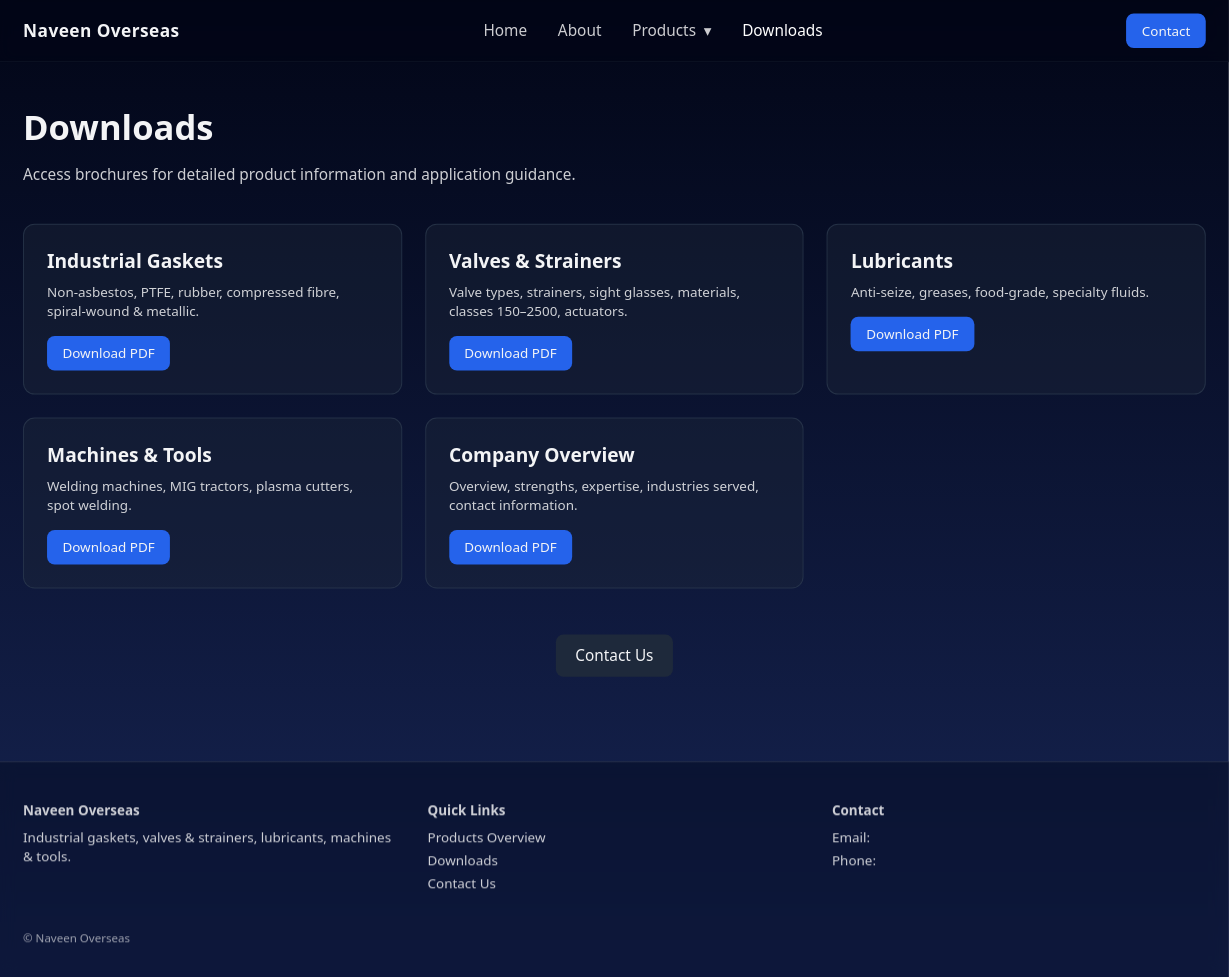
Repository: krish634-ai/overs
Page: /downloads
The author's editor kept a copy of each file at every save. The page is drawn from the files as they stood at one save, then again after the next save.
The browser window is 1280 px wide. The pictures show the whole page, at 96% of full size.
The project was rebuilt for these pictures with package versions that can differ from the ones it lists, and the page was loaded fresh each time. Also part of the build but not shown: vite.config.js, src/pages/Home.jsx, src/pages/About.jsx, src/pages/Products.jsx, src/pages/Gaskets.jsx, src/pages/Valves.jsx, src/pages/Lubricants.jsx, src/pages/MachinesTools.jsx and 1 more.

Above is the page before, as saved 2025-11-19 14:15:55.

### index.html
<!doctype html>
<html lang="en">
  <head>
    <meta charset="UTF-8" />
    <meta name="viewport" content="width=device-width, initial-scale=1.0" />
    <title>Naveen Overseas</title>
  </head>
  <body>
    <div id="root"></div>
    <script type="module" src="/src/main.jsx"></script>
  </body>
</html>

### src/main.jsx
import React from 'react'
import ReactDOM from 'react-dom/client'
import { BrowserRouter } from 'react-router-dom'
import App from './App.jsx'
import './styles.css'

ReactDOM.createRoot(document.getElementById('root')).render(
  <React.StrictMode>
    <BrowserRouter>
      <App />
    </BrowserRouter>
  </React.StrictMode>
)

### src/App.jsx
import { Routes, Route } from 'react-router-dom'
import Layout from './components/Layout.jsx'
import Home from './pages/Home.jsx'
import About from './pages/About.jsx'
import Products from './pages/Products.jsx'
import Gaskets from './pages/Gaskets.jsx'
import Valves from './pages/Valves.jsx'
import Lubricants from './pages/Lubricants.jsx'
import MachinesTools from './pages/MachinesTools.jsx'
import Contact from './pages/Contact.jsx'
import Downloads from './pages/Downloads.jsx'

export default function App() {
  return (
    <Layout>
      <Routes>
        <Route path="/" element={<Home />} />
        <Route path="/about" element={<About />} />
        <Route path="/products" element={<Products />} />
        <Route path="/gaskets" element={<Gaskets />} />
        <Route path="/valves" element={<Valves />} />
        <Route path="/lubricants" element={<Lubricants />} />
        <Route path="/machines-tools" element={<MachinesTools />} />
        <Route path="/contact" element={<Contact />} />
        <Route path="/downloads" element={<Downloads />} />
      </Routes>
    </Layout>
  )
}

### src/styles.css
@tailwind base;
@tailwind components;
@tailwind utilities;

html, body, #root {
  height: 100%;
}

### src/components/Layout.jsx
import Nav from './Nav.jsx'
import Footer from './Footer.jsx'

export default function Layout({ children }) {
  return (
    <div className="min-h-screen flex flex-col bg-gradient-to-b from-slate-950 to-blue-950 text-gray-100">
      <header className="sticky top-0 z-40 border-b border-slate-800/60 bg-slate-950/60 backdrop-blur">
        <Nav />
      </header>
      <main className="flex-1">{children}</main>
      <Footer />
    </div>
  )
}

### src/pages/Downloads.jsx
export default function Downloads() {
  return (
    <main className="container mx-auto px-6 py-12">
      <h1 className="text-3xl md:text-4xl font-bold">Downloads</h1>
      <p className="mt-4 text-white/80">Access brochures for detailed product information and application guidance.</p>
      <section className="mt-10 grid sm:grid-cols-2 lg:grid-cols-3 gap-6">
        <a href="/downloads/industrial-gaskets.pdf" className="block rounded-xl border border-slate-700/60 bg-slate-800/40 p-6 hover:bg-slate-800/60">
          <h2 className="text-xl font-semibold">Industrial Gaskets</h2>
          <p className="mt-2 text-sm text-white/80">Non-asbestos, PTFE, rubber, compressed fibre, spiral-wound &amp; metallic.</p>
          <span className="mt-4 inline-flex rounded-lg bg-blue-600 px-4 py-2 text-sm font-medium">Download PDF</span>
        </a>
        <a href="/downloads/valves-strainers.pdf" className="block rounded-xl border border-slate-700/60 bg-slate-800/40 p-6 hover:bg-slate-800/60">
          <h2 className="text-xl font-semibold">Valves &amp; Strainers</h2>
          <p className="mt-2 text-sm text-white/80">Valve types, strainers, sight glasses, materials, classes 150–2500, actuators.</p>
          <span className="mt-4 inline-flex rounded-lg bg-blue-600 px-4 py-2 text-sm font-medium">Download PDF</span>
        </a>
        <a href="/downloads/lubricants.pdf" className="block rounded-xl border border-slate-700/60 bg-slate-800/40 p-6 hover:bg-slate-800/60">
          <h2 className="text-xl font-semibold">Lubricants</h2>
          <p className="mt-2 text-sm text-white/80">Anti-seize, greases, food-grade, specialty fluids.</p>
          <span className="mt-4 inline-flex rounded-lg bg-blue-600 px-4 py-2 text-sm font-medium">Download PDF</span>
        </a>
        <a href="/downloads/machines-tools.pdf" className="block rounded-xl border border-slate-700/60 bg-slate-800/40 p-6 hover:bg-slate-800/60">
          <h2 className="text-xl font-semibold">Machines &amp; Tools</h2>
          <p className="mt-2 text-sm text-white/80">Welding machines, MIG tractors, plasma cutters, spot welding.</p>
          <span className="mt-4 inline-flex rounded-lg bg-blue-600 px-4 py-2 text-sm font-medium">Download PDF</span>
        </a>
        <a href="/downloads/company-overview.pdf" className="block rounded-xl border border-slate-700/60 bg-slate-800/40 p-6 hover:bg-slate-800/60">
          <h2 className="text-xl font-semibold">Company Overview</h2>
          <p className="mt-2 text-sm text-white/80">Overview, strengths, expertise, industries served, contact information.</p>
          <span className="mt-4 inline-flex rounded-lg bg-blue-600 px-4 py-2 text-sm font-medium">Download PDF</span>
        </a>
      </section>
      <section className="mt-12 text-center">
        <a href="/contact" className="inline-flex items-center rounded-lg bg-slate-800 px-5 py-2.5 font-medium hover:bg-slate-700">Contact Us</a>
      </section>
    </main>
  )
}

### src/components/Nav.jsx
import { useState } from 'react'
import { NavLink, Link } from 'react-router-dom'

export default function Nav() {
  const [openProducts, setOpenProducts] = useState(false)
  const [mobileOpen, setMobileOpen] = useState(false)

  const linkClass = ({ isActive }) =>
    `transition-colors hover:text-white ${isActive ? 'text-white' : 'text-white/80'}`

  return (
    <div className="container mx-auto px-6">
      <div className="flex h-16 items-center justify-between">
        <NavLink to="/" className="text-lg font-semibold tracking-wide">Naveen Overseas</NavLink>
        <div className="hidden md:flex items-center gap-8">
          <NavLink to="/" className={linkClass}>Home</NavLink>
          <NavLink to="/about" className={linkClass}>About</NavLink>
          <div className="relative">
            <button className="text-white/80 hover:text-white transition-colors inline-flex items-center gap-2" onClick={() => setOpenProducts(v => !v)}>
              Products
              <span className={`transition-transform ${openProducts ? 'rotate-180' : 'rotate-0'}`}>▾</span>
            </button>
            {openProducts && (
              <div className="absolute left-0 mt-3 w-[560px] rounded-xl bg-slate-900/90 backdrop-blur ring-1 ring-white/10 shadow-soft p-6 grid grid-cols-2 gap-4">
                <Link to="/products" className="col-span-2 rounded-lg bg-slate-800/40 ring-1 ring-white/10 px-4 py-3 hover:bg-slate-800/60">Overview</Link>
                <Link to="/gaskets" className="rounded-lg bg-slate-800/40 ring-1 ring-white/10 px-4 py-3 hover:bg-slate-800/60">Gaskets</Link>
                <Link to="/valves" className="rounded-lg bg-slate-800/40 ring-1 ring-white/10 px-4 py-3 hover:bg-slate-800/60">Valves &amp; Strainers</Link>
                <Link to="/lubricants" className="rounded-lg bg-slate-800/40 ring-1 ring-white/10 px-4 py-3 hover:bg-slate-800/60">Lubricants</Link>
                <Link to="/machines-tools" className="rounded-lg bg-slate-800/40 ring-1 ring-white/10 px-4 py-3 hover:bg-slate-800/60">Machines &amp; Tools</Link>
              </div>
            )}
          </div>
          <NavLink to="/downloads" className={linkClass}>Downloads</NavLink>
        </div>
        <div className="hidden md:flex items-center gap-3">
          <NavLink to="/contact" className="inline-flex items-center rounded-lg bg-brand px-4 py-2 text-sm font-medium hover:bg-brand-dark">Contact</NavLink>
        </div>
        <button className="md:hidden inline-flex items-center rounded-lg bg-slate-800 px-3 py-2" onClick={() => setMobileOpen(true)}>Menu</button>
      </div>

      {mobileOpen && (
        <div className="fixed inset-0 z-50 bg-slate-950/80 backdrop-blur">
          <div className="absolute inset-x-0 top-0 bg-slate-900/90 p-6 border-b border-white/10">
            <div className="flex items-center justify-between">
              <Link to="/" className="text-lg font-semibold">Naveen Overseas</Link>
              <button className="inline-flex items-center rounded-lg bg-slate-800 px-3 py-2" onClick={() => setMobileOpen(false)}>Close</button>
            </div>
            <div className="mt-6 grid gap-3 text-sm">
              <NavLink to="/" className="rounded-lg bg-slate-800/40 px-4 py-3" onClick={() => setMobileOpen(false)}>Home</NavLink>
              <NavLink to="/about" className="rounded-lg bg-slate-800/40 px-4 py-3" onClick={() => setMobileOpen(false)}>About</NavLink>
              <NavLink to="/products" className="rounded-lg bg-slate-800/40 px-4 py-3" onClick={() => setMobileOpen(false)}>Products Overview</NavLink>
              <NavLink to="/gaskets" className="rounded-lg bg-slate-800/40 px-4 py-3" onClick={() => setMobileOpen(false)}>Gaskets</NavLink>
              <NavLink to="/valves" className="rounded-lg bg-slate-800/40 px-4 py-3" onClick={() => setMobileOpen(false)}>Valves &amp; Strainers</NavLink>
              <NavLink to="/lubricants" className="rounded-lg bg-slate-800/40 px-4 py-3" onClick={() => setMobileOpen(false)}>Lubricants</NavLink>
              <NavLink to="/machines-tools" className="rounded-lg bg-slate-800/40 px-4 py-3" onClick={() => setMobileOpen(false)}>Machines &amp; Tools</NavLink>
              <NavLink to="/downloads" className="rounded-lg bg-slate-800/40 px-4 py-3" onClick={() => setMobileOpen(false)}>Downloads</NavLink>
              <NavLink to="/contact" className="rounded-lg bg-brand px-4 py-3 text-center" onClick={() => setMobileOpen(false)}>Contact</NavLink>
            </div>
          </div>
        </div>
      )}
    </div>
  )
}

### src/components/Footer.jsx
export default function Footer() {
  return (
    <footer className="mt-10 border-t border-white/10 bg-slate-950/40 backdrop-blur">
      <div className="container mx-auto px-6 py-10 grid md:grid-cols-3 gap-8 text-sm text-white/80">
        <div>
          <div className="font-semibold">Naveen Overseas</div>
          <p className="mt-2">Industrial gaskets, valves &amp; strainers, lubricants, machines &amp; tools.</p>
        </div>
        <div>
          <div className="font-semibold">Quick Links</div>
          <ul className="mt-2 space-y-1">
            <li><a href="/products" className="hover:text-white/90">Products Overview</a></li>
            <li><a href="/downloads" className="hover:text-white/90">Downloads</a></li>
            <li><a href="/contact" className="hover:text-white/90">Contact Us</a></li>
          </ul>
        </div>
        <div>
          <div className="font-semibold">Contact</div>
          <ul className="mt-2 space-y-1">
            <li>Email: </li>
            <li>Phone: </li>
          </ul>
        </div>
      </div>
      <div className="container mx-auto px-6 pb-8 text-xs text-white/60">&copy; Naveen Overseas</div>
    </footer>
  )
}

### tailwind.config.js
export default {
  content: [
    './index.html',
    './src/**/*.{js,jsx,ts,tsx}',
  ],
  theme: {
    extend: {
      colors: {
        brand: {
          DEFAULT: '#2563eb',
          dark: '#1e40af',
        },
      },
      boxShadow: {
        soft: '0 10px 30px -10px rgba(2, 6, 23, 0.6)',
      },
    },
  },
  plugins: [],
}

After the next save:
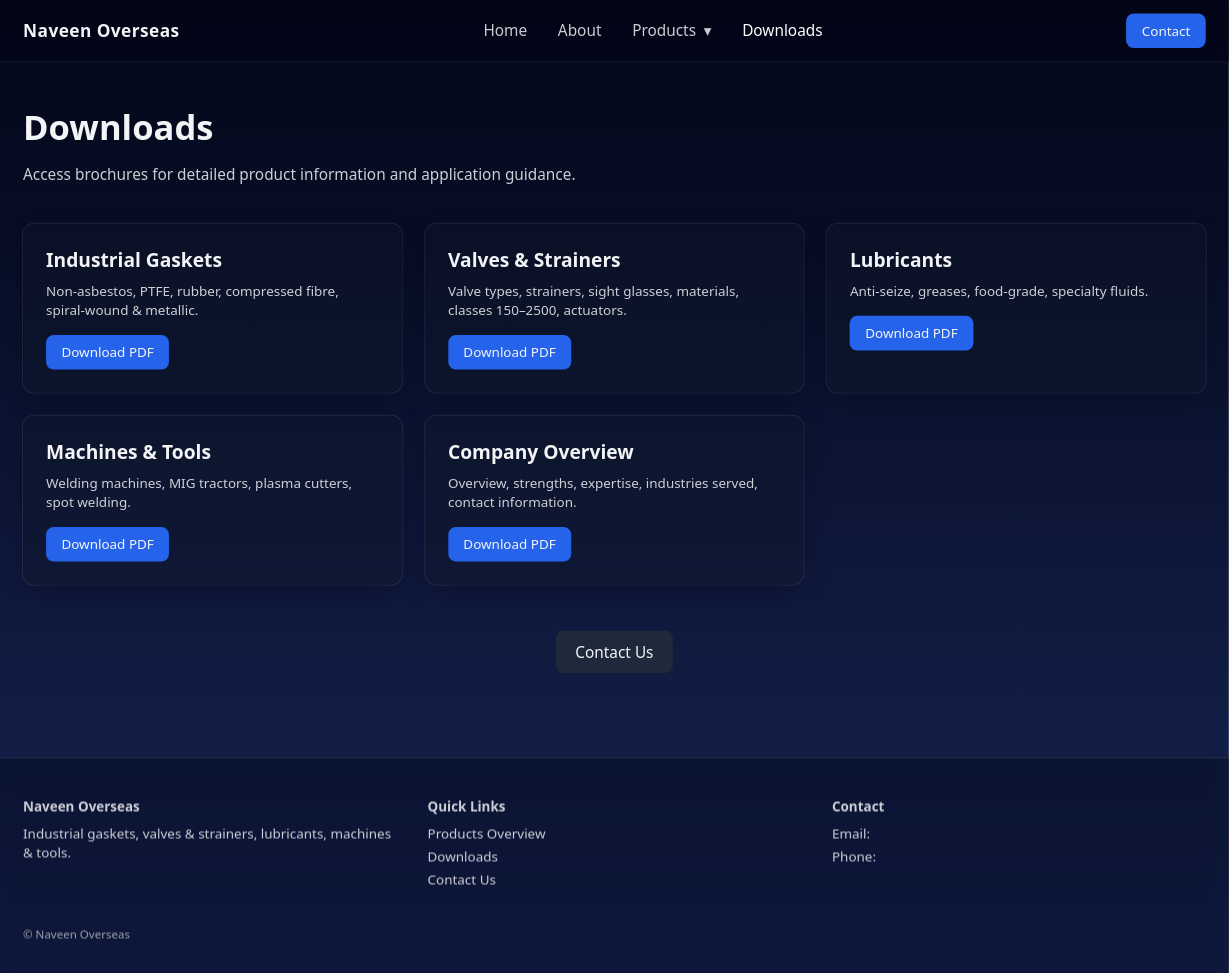
Saved 3 s later.
--- a/src/pages/Downloads.jsx
+++ b/src/pages/Downloads.jsx
@@ -4,27 +4,27 @@ export default function Downloads() {
       <h1 className="text-3xl md:text-4xl font-bold">Downloads</h1>
       <p className="mt-4 text-white/80">Access brochures for detailed product information and application guidance.</p>
       <section className="mt-10 grid sm:grid-cols-2 lg:grid-cols-3 gap-6">
-        <a href="/downloads/industrial-gaskets.pdf" className="block rounded-xl border border-slate-700/60 bg-slate-800/40 p-6 hover:bg-slate-800/60">
+        <a href="/downloads/industrial-gaskets.pdf" className="block rounded-xl bg-slate-900/40 ring-1 ring-white/10 p-6 hover:bg-slate-800/60 transition shadow-soft">
           <h2 className="text-xl font-semibold">Industrial Gaskets</h2>
           <p className="mt-2 text-sm text-white/80">Non-asbestos, PTFE, rubber, compressed fibre, spiral-wound &amp; metallic.</p>
           <span className="mt-4 inline-flex rounded-lg bg-blue-600 px-4 py-2 text-sm font-medium">Download PDF</span>
         </a>
-        <a href="/downloads/valves-strainers.pdf" className="block rounded-xl border border-slate-700/60 bg-slate-800/40 p-6 hover:bg-slate-800/60">
+        <a href="/downloads/valves-strainers.pdf" className="block rounded-xl bg-slate-900/40 ring-1 ring-white/10 p-6 hover:bg-slate-800/60 transition shadow-soft">
           <h2 className="text-xl font-semibold">Valves &amp; Strainers</h2>
           <p className="mt-2 text-sm text-white/80">Valve types, strainers, sight glasses, materials, classes 150–2500, actuators.</p>
           <span className="mt-4 inline-flex rounded-lg bg-blue-600 px-4 py-2 text-sm font-medium">Download PDF</span>
         </a>
-        <a href="/downloads/lubricants.pdf" className="block rounded-xl border border-slate-700/60 bg-slate-800/40 p-6 hover:bg-slate-800/60">
+        <a href="/downloads/lubricants.pdf" className="block rounded-xl bg-slate-900/40 ring-1 ring-white/10 p-6 hover:bg-slate-800/60 transition shadow-soft">
           <h2 className="text-xl font-semibold">Lubricants</h2>
           <p className="mt-2 text-sm text-white/80">Anti-seize, greases, food-grade, specialty fluids.</p>
           <span className="mt-4 inline-flex rounded-lg bg-blue-600 px-4 py-2 text-sm font-medium">Download PDF</span>
         </a>
-        <a href="/downloads/machines-tools.pdf" className="block rounded-xl border border-slate-700/60 bg-slate-800/40 p-6 hover:bg-slate-800/60">
+        <a href="/downloads/machines-tools.pdf" className="block rounded-xl bg-slate-900/40 ring-1 ring-white/10 p-6 hover:bg-slate-800/60 transition shadow-soft">
           <h2 className="text-xl font-semibold">Machines &amp; Tools</h2>
           <p className="mt-2 text-sm text-white/80">Welding machines, MIG tractors, plasma cutters, spot welding.</p>
           <span className="mt-4 inline-flex rounded-lg bg-blue-600 px-4 py-2 text-sm font-medium">Download PDF</span>
         </a>
-        <a href="/downloads/company-overview.pdf" className="block rounded-xl border border-slate-700/60 bg-slate-800/40 p-6 hover:bg-slate-800/60">
+        <a href="/downloads/company-overview.pdf" className="block rounded-xl bg-slate-900/40 ring-1 ring-white/10 p-6 hover:bg-slate-800/60 transition shadow-soft">
           <h2 className="text-xl font-semibold">Company Overview</h2>
           <p className="mt-2 text-sm text-white/80">Overview, strengths, expertise, industries served, contact information.</p>
           <span className="mt-4 inline-flex rounded-lg bg-blue-600 px-4 py-2 text-sm font-medium">Download PDF</span>
